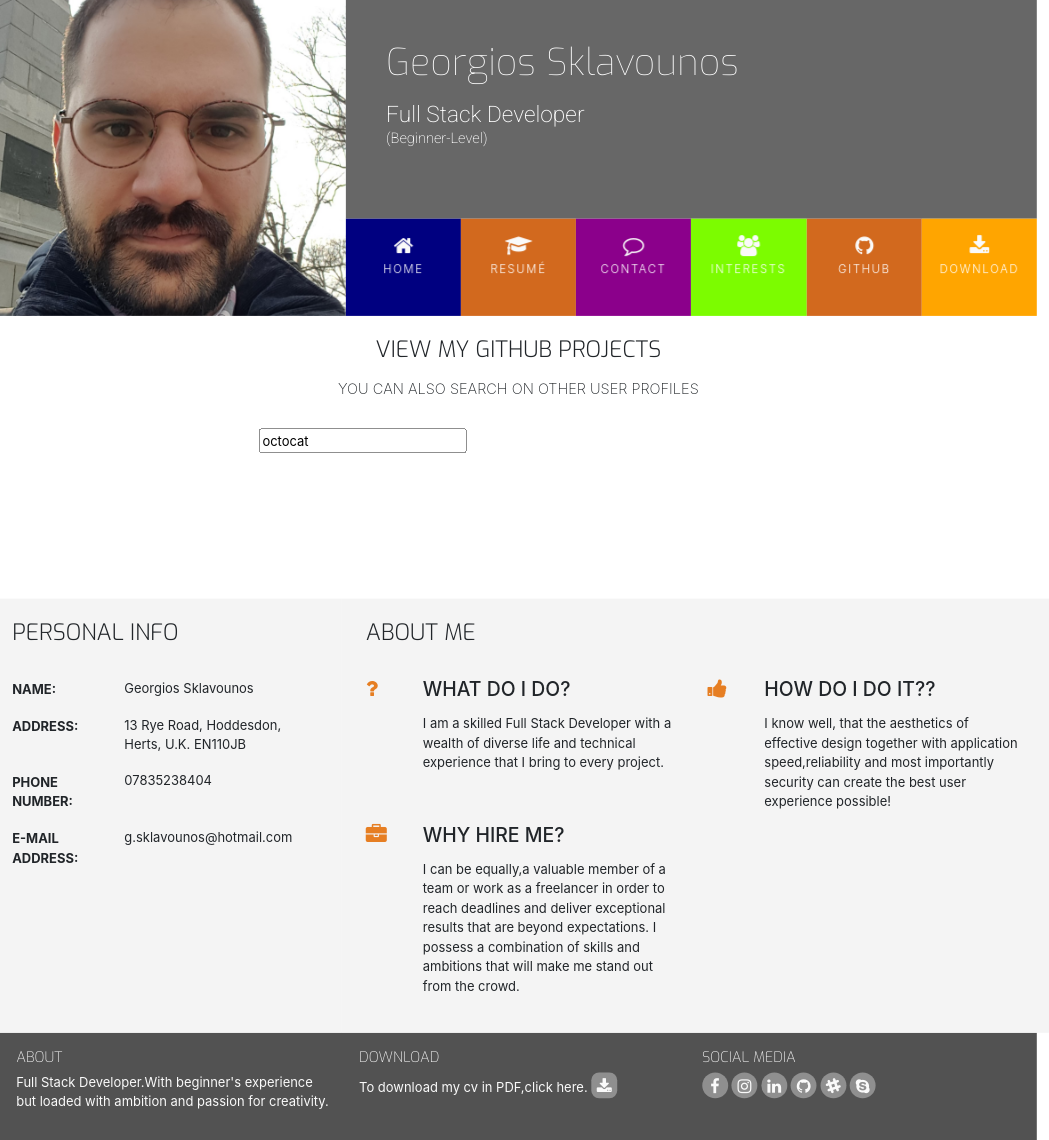
Repository: GeorgiosSklav/MyResume
Page: github.html
The author's editor kept a record of every edit. The page is drawn from the files as they stood at one moment, then again after the next edit.
The browser window is 1280 px wide. The page is 1295 px wide, so the pictures cover 1295 px, including what lies to the right of the window. The pictures show the whole page, at 81% of full size.

Above is the page before.

### github.html
<!DOCTYPE html>
<html lang="en">

<head>
    <meta charset="UTF-8">
    <meta name="viewport" content="width=device-width, initial-scale=1.0">
    <meta http-equiv="X-UA-Compatible" content="ie=edge">
    <link rel="stylesheet" href="https://stackpath.bootstrapcdn.com/bootstrap/4.3.1/css/bootstrap.min.css" type="text/css" />
    <link rel="stylesheet" href="https://stackpath.bootstrapcdn.com/font-awesome/4.7.0/css/font-awesome.min.css" type="text/css" />
    <link rel="stylesheet" href="assets/css/style.css" type="text/css" />
    <link rel="stylesheet" href="https://cdnjs.cloudflare.com/ajax/libs/hover.css/2.3.1/css/hover-min.css" type="text/css" />
    <title>Georgios Sklavounos resume</title>
</head>

<body>
    <header>
        <div class="row no-gutters">
            <a href="index.html" class="col-md-4 logo">

            </a>
            <div class="col-md-8">
                <div class="row no-gutters bg-color-name-title">
                    <div class="col heading">
                        <h1 class="name">Georgios Sklavounos</h1>
                        <h2 class="title">Full Stack Developer<span><h5>(Beginner-Level)</h5></span></h2>
                    </div>
                </div>
                <div class="row no-gutters">
                    <div class="col">
                        <ul id="nav" class="list-inline menucontainer">
                            <li class="col-6 col-sm-2 color-home list-inline-item menu-item">
                                <a href="index.html" class="hvr-sweep-to-right"><i class="fa fa-home" aria-hidden="true"></i><span>Home</span></a>
                            </li>
                            <li class="col-6 col-sm-2 color-resume list-inline-item menu-item">
                                <a href="resume.html" class="hvr-sweep-to-left"><i class="fa fa-graduation-cap" aria-hidden="true"></i><span>Resumé</span></a>
                            </li>
                            <li class="col-6 col-sm-2 color-contact list-inline-item menu-item">
                                <a href="contact.html" class="hvr-sweep-to-right"><i class="fa fa-comment-o" aria-hidden="true"></i><span>Contact</span></a>
                            </li>
                            <li class="col-6 col-sm-2 color-interests list-inline-item menu-item">
                                <a href="interests.html" class="hvr-sweep-to-left"><i class="fa fa-users" aria-hidden="true"></i><span>Interests</span></a>
                            </li>
                            <li class="col-6 col-sm-2 color-github list-inline-item menu-item">
                                <a href="github.html" class="hvr-sweep-to-right"><i class="fa fa-github" aria-hidden="true"></i><span>GitHub</span></a>
                            </li>
                            <li class="col-6 col-sm-2 color-download list-inline-item menu-item">
                                <a href="assets/cv/cv2019.pdf" target="_blank" class="hvr-sweep-to-left"><i class="fa fa-download" aria-hidden="true"></i><span>Download</span></a>
                            </li>
                        </ul>
                    </div>
                </div>
            </div>
        </div>

    </header>
      <section class="container-fluid">
        <div class="row bg-color-contact">
            <div class="col">
                <h3 class="contact-heading uppercase text-center">View My GitHub Projects</h3>
                <h5 class="uppercase text-center">You can also search on other user profiles</h5>

                <div class="center-form">
                    <input type="text" id="gh-username" value="octocat" oninput="fetchGitHubInformation()" />
                    <div id="gh-user-data"></div>
                    <div id="gh-repo-data"></div>

                </div>

            </div>
        </div>
    </section>

    <div class="container-fluid">
        <div class="row">
            <div class="col-md-4 bg-color-personal-info section-column">
                <div class="row">
                    <div class="col-12">
                        <h3 class="section-heading uppercase">Personal Info</h3>
                    </div>
                </div>
                <div class="personal-info-item">
                    <div class="key">
                        <p class="uppercase">Name:</p>
                    </div>
                    <div class="value">
                        <p>Georgios Sklavounos</p>
                    </div>
                </div>
                <div class="personal-info-item">
                    <div class="key">
                        <p class="uppercase">Address:</p>
                    </div>
                    <div class="value">
                        <p>13 Rye Road, Hoddesdon, Herts, U.K. EN110JB</p>
                    </div>
                </div>
                <div class="personal-info-item">
                    <div class="key">
                        <p class="uppercase">Phone Number:</p>
                    </div>
                    <div class="value">
                        <p>07835238404</p>
                    </div>
                </div>
                <div class="personal-info-item">
                    <div class="key">
                        <p class="uppercase">E-mail address:</p>
                    </div>
                    <div class="value">
                        <p>g.sklavounos@hotmail.com</p>
                    </div>
                </div>
            </div>
            <div class="col-md-8 bg-color-three-reasons section-column">
                <div class="row">
                    <div class="col">
                        <h3 class="section-heading uppercase">About Me</h3>
                    </div>
                </div>
                <div class="row">
                    <div class="col-10 offset-1 offset-sm-0 col-sm-4 col-md-6">
                        <div class="row">
                            <div class="col-2">
                                <i class="three-reasons-icon fa fa-question" aria-hidden="true"></i>
                            </div>
                            <div class="col-10">
                                <h4 class="three-reason-heading uppercase">What do I do?</h4>
                                <p>I am a skilled Full Stack Developer with a wealth of diverse life and technical experience that I bring to every project.</p>
                            </div>
                        </div>
                    </div>
                    <div class="col-10 offset-1 offset-sm-0 col-sm-4 col-md-6">
                        <div class="row">
                            <div class="col-2">
                                <i class="three-reasons-icon fa fa-thumbs-up" aria-hidden="true"></i>
                            </div>
                            <div class="col-10">
                                <h4 class="three-reason-heading uppercase">How do I do it??</h4>
                                <p>I know well, that the aesthetics of effective design together with application speed,reliability and most importantly security can create the best user experience possible!</p>
                            </div>
                        </div>
                    </div>
                    <div class="col-10 offset-1 offset-sm-0 col-sm-4 col-md-6">
                        <div class="row">
                            <div class="col-2">
                                <i class="three-reasons-icon fa fa-briefcase" aria-hidden="true"></i>
                            </div>
                            <div class="col-10">
                                <h4 class="three-reason-heading uppercase">Why hire me?</h4>
                                <p>I can be equally,a valuable member of a team or work as a freelancer in order to reach deadlines and deliver exceptional results that are beyond expectations. I possess a combination of skills and ambitions that will make
                                    me stand out from the crowd.</p>
                            </div>
                        </div>
                    </div>
                </div>
            </div>
        </div>
    </div>
    <footer class="container-fluid">
        <div class="row" id="footer-details">
            <div class="col-sm-4">
                <h5 class="uppercase general-sub">About</h5>
                <p class="inline-block">
                    Full Stack Developer.With beginner's experience but loaded with ambition and passion for creativity.
                </p>
            </div>
            <div class="col-sm-4">
                <h5 class="uppercase general-sub">Download</h5>
                <p class="inline-block">
                    To download my cv in PDF,click here.
                    <a href="assets/cv/cv2019.pdf" target="_blank" class="cv-pdf">
                        <i class="fa fa-download" aria-hidden="true"></i>
                        <span class="sr-only">Download icon.</span>
                    </a>
                </p>
            </div>
            <div class="col-sm-4">
                <h5 class="uppercase general-sub">Social Media</h5>
                <ul class="list-inline social-links">
                    <li class="list-inline-item">
                        <a target="_blank" href="http://facebook.com/George.Sklavounos">
                            <i class="fa fa-facebook"></i>
                            <span class="sr-only">Facebook</span>
                        </a>
                    </li>
                    <li class="list-inline-item">
                        <a target="_blank" href="https://www.instagram.com/accounts/login/?next=%2Fgeorge.sklav%2F&source=follow">
                            <i class="fa fa-instagram"></i>
                            <span class="sr-only">Instagram</span>
                        </a>
                    </li>
                    <li class="list-inline-item">
                        <a target="_blank" href="https://www.linkedin.com/in/george-sklavounos/">
                            <i class="fa fa-linkedin"></i>
                            <span class="sr-only">Linked-In</span>
                        </a>
                    </li>
                    <li class="list-inline-item">
                        <a target="_blank" href="https://github.com/GeorgiosSklav">
                            <i class="fa fa-github"></i>
                            <span class="sr-only">GitHub</span>
                        </a>
                    </li>
                    <li class="list-inline-item">
                        <a target="_blank" href="https://app.slack.com/client/T0L30B202/DM2THR46Q/user_profile/ULRV111M0">
                            <i class="fa fa-slack"></i>
                            <span class="sr-only">Slack</span>
                        </a>
                    </li>
                    <li class="list-inline-item">
                        <a target="_blank" href="https://join.skype.com/invite/bTDV2cszpnzZ">
                            <i class="fa fa-skype"></i>
                            <span class="sr-only">Skype</span>
                        </a>
                    </li>
                </ul>
            </div>
        </div>
    </footer>
    <script>
        var APIkey = "AIzaSyA-ejaDjnJzEnBd-7lc8mtdZNx-r6aLuyM";
    </script>
</body>

</html>

### assets/css/style.css
@import url('https://fonts.googleapis.com/css?family=Roboto:100,200,300,400,500,600,700|Exo:100,200,300,400,500,600,700');



/*-------------------------colours*/

.bg-color-name-title {
    background-color: #676767;
}

.color-home {
    background-color: #000080;
}
.color-interests {
    background-color: #7cfc00;
}
.color-github {
    background-color: #d2691e;
}

.color-resume {
    background-color: #d2691e;
}

.color-contact {
    background-color: #8b008b;
}

.color-download {
    background-color: #ffa500;
}

.bg-color-three-reasons {
    background-color: #f4f4f4;
}

.bg-color-personal-info {
    background-color: #f4f4f4;
}

.bg-color-work-history {
    background-color: #9b59b6;
}

.bg-color-contact {
    background-color: #fff;
}


/*---------------------------------Paddings,texts,etc*/

h1,
h2,
h3,
h4 {
    margin: 0;
}
h5 {
    text-transform: capitalize;
    font-size: large;
    font-weight: 200;
}

.uppercase {
    text-transform: uppercase;
}

.general-sub {
    font-family: "Exo", sans-serif;
    color: #fafafa;
}

.inline-block {
    display: inline-block;
}

.row-table {
    display: table;
}

.section-column {
    display: table-cell;
    padding: 0 30px 30px;
    float: none;
}

.history-heading,
.section-heading {
    font-family: "Exo", sans-serif;
    font-weight: 300;
    margin-top: 25px;
    margin-bottom: 40px;
}

/*----------------------Container-fluid*/

.container-fluid {
    width: 100%;
    padding: 0;
    padding-bottom: 0;
    margin-right: auto;
    margin-left: auto;
}

/*----------------------heading*/

header {
    margin: 0;
}

.heading {
    margin-left: 50px;
}

.logo {
    background: url("../images/pic2.jpg");
    background-position: center;
    background-repeat: no-repeat;
    background-size: cover;
    min-height: 360px;
    transition: all 0.5s ease-in-out;
    -moz-transition: all 0.5s ease-in-out;
    -webkit-transition: all 0.5s ease-in-out;

}

.name {
    font-family: "Exo", sans-serif;
    font-weight: 100;
    font-size: 46px;
    margin-top: 50px;
    color: #fff;
}

.title {
    font-family: "Roboto", sans-serif;
    font-weight: 200;
    font-size: 28px;
    margin-top: 20px;
    margin-bottom: 90px;
    color: #fff;
}

.list-inline-item:not(:last-child) {
    margin: 0;
}

.menucontainer {
    font-size: 0;
}

#nav {
    margin: 0;
}

#nav li {
    font-size: 14px;
    padding: 0;
}

.menu-item {
    height: 120px;
    text-align: center;
    padding: 0;
}

.menu-item a {
    width: 100%;
    text-decoration: none;
    color: #fff;
    height: 120px;
}

.menu-item a i {
    padding-top: 20px;
    display: block;
    color: #fafafa;
    font-size: 26px;
}

.menu-item span {
    display: block;
    width: 100%;
    padding-top: 5px;
    text-align: center;
    text-transform: uppercase;
    font-size: 14px;
    font-weight: 300;
    letter-spacing: 2px;
}

/*--------------------------hover style*/

.hvr-sweep-to-right:before {
    background: rgb(0, 0, 0);
    height: 120px;
}

.hvr-sweep-to-left:before {
    background: rgba(0, 0, 0, 0.2);
    height: 120px;
}

/*---------------------------------footer*/

footer {
    background-color: #525252;
    color: #fafafa;
    min-height: 120px;
    margin: 0;
}

.social-links i {
    width: 32px;
    height: 32px;
    padding: 12px 0;
    border-radius: 50%;
    font-size: 20px;
    line-height: 10px;
    text-align: center;
    color: #fafafa;
    background: #8f8f8f;
    transition: all 0.35s ease-in-out;
    -moz-transition: all 0.35s ease-in-out;
    -o-transition: all 0.35s ease-in-out;
    -webkit-transition: all 0.35s ease-in-out;

}

.cv-pdf i {
    /*font-size: 19px;
    text-align: center;
    color: #fafafa;
    padding-left: 5px;
    transition: all 0.35s ease-in-out;
    -moz-transition: all 0.35s ease-in-out;
    -o-transition: all 0.35s ease-in-out;
    -webkit-transition: all 0.35s ease-in-out;*/
    width: 32px;
    height: 32px;
    padding: 12px 0;
    border-radius: 30%;
    font-size: 20px;
    line-height: 10px;
    text-align: center;
    color: #fafafa;
    background: #8f8f8f;
    transition: all 0.35s ease-in-out;
    -moz-transition: all 0.35s ease-in-out;
    -o-transition: all 0.35s ease-in-out;
    -webkit-transition: all 0.35s ease-in-out;


}

.cv-pdf i:hover {
    color: #e84610;
}

.social-links i:hover {
    color: #8f8f8f;
    background: #e84610;
}

#footer-details {
    padding: 20px;
}

/*----------------------three-reasons*/

.three-reasons-icon {
    font-size: 26px;
    color: #e67e22;
}

.three-reason-heading {
    margin-bottom: 15px;
}

/*----------------------personal-info*/

.personal-info-item {
    margin-bottom: 20px;
    display: block;
    clear: both;
}

.personal-info-item .key,
.personal-info-item .value {
    padding-right: 8px;
    display: inline-block;
}

.personal-info-item .key p,
.personal-info-item .value p {
    margin: 0;
}

.personal-info-item .key {
    width: 30%;
    margin-right: 21px;
    padding-top: 2px;
    vertical-align: top;
}

.personal-info-item .key p {
    font-weight: 700;
}

.personal-info-item .value {
    width: 60%;
    position: relative;
}

/*----------------------skills*/

.progress {
    position: relative;
    height: 25px;
    margin-bottom: 4px;
}

.progress-type {
    position: absolute;
    left: 0;
    font-weight: 400;
    padding: 3px 30px 3px 10px;
    color: #fafafa;
    background-color: rgba(25, 25, 25, 0.2);
}

.progress-section {
    margin: 35px 5px 30px 7px;
}

/*----------------------history-heading*/

.history-heading {
    color: #fafafa;
    margin-bottom: 50px;
}

.timeline-item {
    padding: 4em 3em 0em 2em;
    position: relative;
    color: #fafafa;
    border-left: solid 1px;
}

.timeline-item p {
    padding: 0;
    margin: 0;
}

.timeline-item:before {
    content: attr(data-dates);
    position: absolute;
    left: 2.5em;
    top: 3em;
    display: block;
    font-family: "Exo", sans-serif;
    font-weight: 500;
    font-size: 0.8em;
    padding: 0;
    margin: 0;
}

.timeline-item:after {
    width: 12px;
    height: 12px;
    display: block;
    top: 2.4em;
    position: absolute;
    left: -6px;
    border-radius: 50%;
    content: '';
    background-color: #fafafa;
}

.history-items {
    margin-bottom: 30px;
}

/*---------------------------------Contact-form*/

.contact-heading {
    font-family: "Exo", sans-serif;
    font-weight: 300;
    margin-top: 25px;
    margin-bottom: 20px;
}

.center-form {
    padding-top: 10px;
    margin: 0 auto;
    max-width: 70%;
}

button[type="submit"] {
    margin-bottom: 20px;
    margin-top: 13px;
    color: #fff;
    background-color: #1e90ff;
}

/*---------------------------------Media queries for PC*/

@media(min-width: 992px) {
    .center-form {
        padding-top: 30px;
        min-height: 240px;
        margin: 0 auto;
        max-width: 50%;
    }
}

After the next edit:
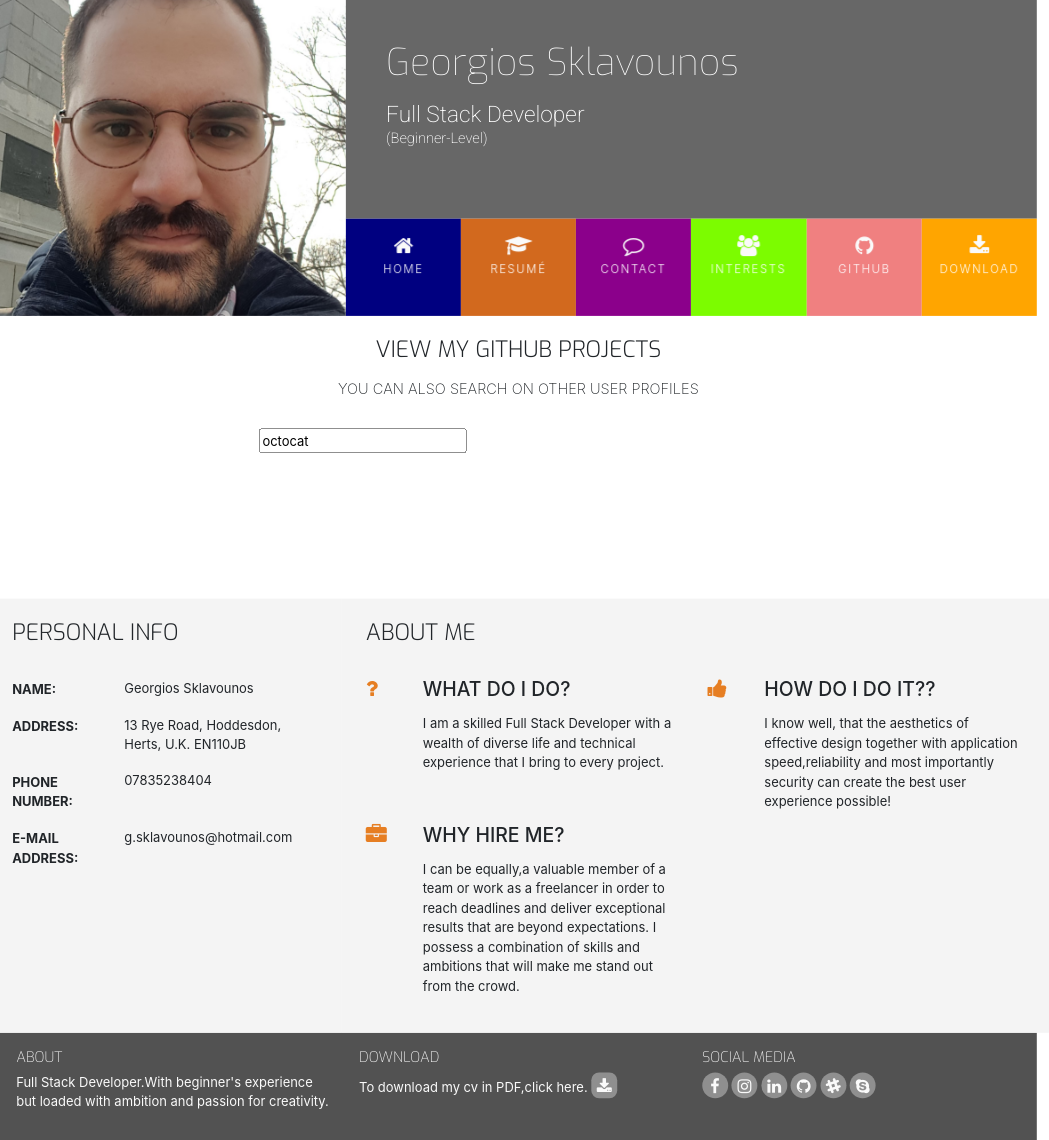
The edit:
--- a/assets/css/style.css
+++ b/assets/css/style.css
@@ -15,7 +15,7 @@
     background-color: #7cfc00;
 }
 .color-github {
-    background-color: #d2691e;
+    background-color: #f08080;
 }
 
 .color-resume {
